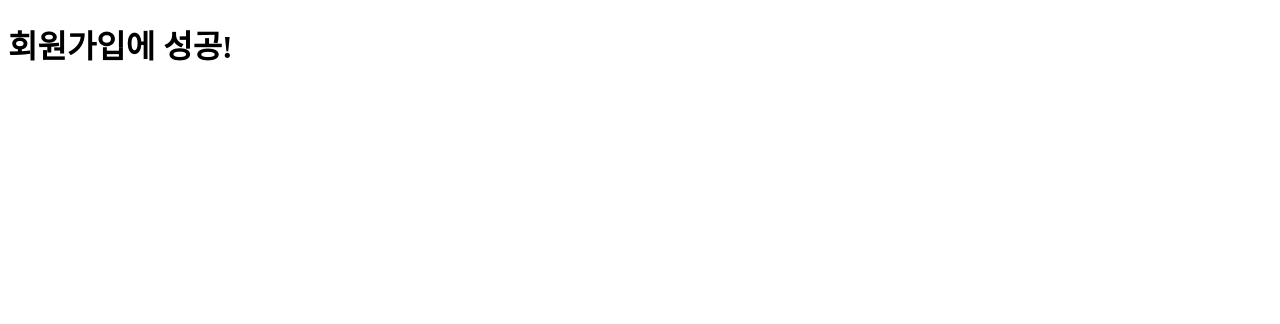
Repository: khkyungnan/Servlet-JSP-Workspace
Page: http://localhost/join/register_success.jsp
These files come from the project's save history. The page is drawn as it stood at one moment and after the next save; the edit follows.
The browser window is 1280 px wide. The pictures show the whole page.
The page is served by Tomcat 9. Other server files are loaded and not shown.

Above is the page before, as saved 2023-11-07 02:06:37.

### join/src/main/webapp/register_success.jsp
<%@ page language="java" contentType="text/html; charset=EUC-KR"
    pageEncoding="EUC-KR"%>
<!DOCTYPE html>
<html>
<head>
<meta charset="EUC-KR">
<title>Insert title here</title>
</head>
<body>
<h1>회원가입에 성공!</h1>
</body>
</html>

After the next save:
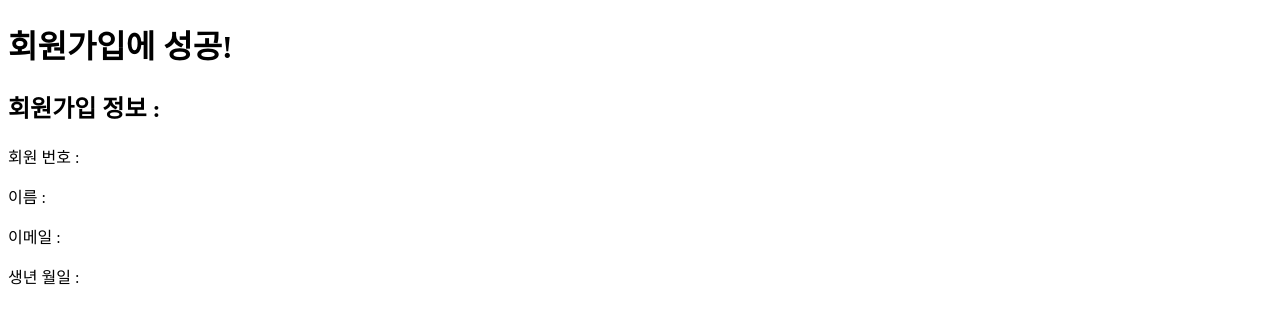
Saved 11 min 9 s later.
--- a/join/src/main/webapp/register_success.jsp
+++ b/join/src/main/webapp/register_success.jsp
@@ -4,9 +4,14 @@
 <html>
 <head>
 <meta charset="EUC-KR">
-<title>Insert title here</title>
+<title>회원가입 성공하셨습니다!</title>
 </head>
 <body>
 <h1>회원가입에 성공!</h1>
+<h2> 회원가입 정보 :</h2>
+<p> 회원 번호 : </p>
+<p> 이름 : </p>
+<p> 이메일 : </p>
+<p> 생년 월일 : </p>
 </body>
 </html>
